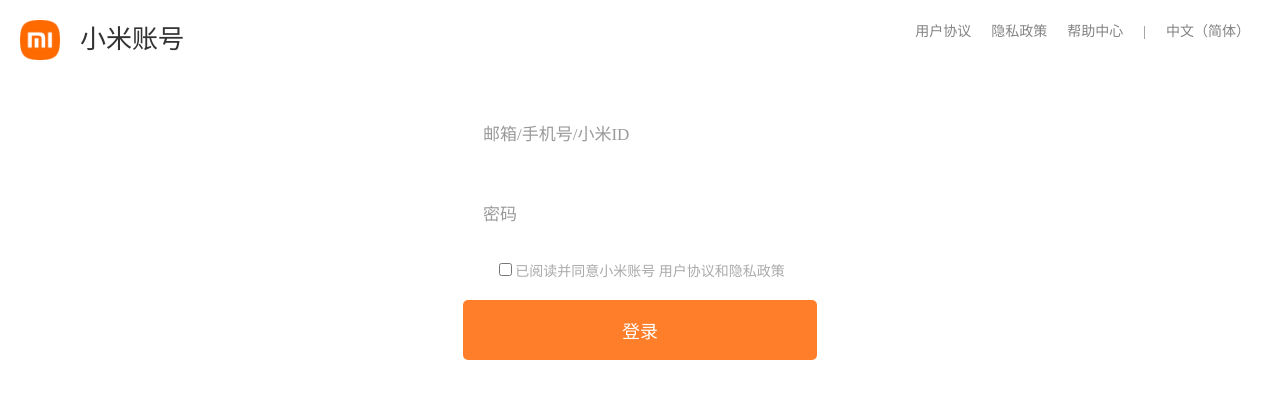
Repository: PLA-31695/Xiaomi
Page: /service/login
An editor plug-in stored every save of this project. The page is shown before and after the next save, followed by the edit.
The browser window is 1280 px wide. The pictures show the whole page.
The project was rebuilt for these pictures with package versions that can differ from the ones it lists, and the page was loaded fresh each time. Also part of the build but not shown: vue.config.js, src/components/Header/my-header.vue, src/views/Home/home.vue.

Above is the page before, as saved 2022-03-27 16:54:00.

### src/main.js
import Vue from 'vue'
import App from './App.vue'
import router from '@/router'
import '@/assets/css/global.css'

Vue.config.productionTip = false

new Vue({
  router,//所有组件都有$route和$router
  render: h => h(App),
}).$mount('#app')

### src/App.vue
<template>
 <div>
    <!-- <MyHeader></MyHeader> -->
  <router-view></router-view>
 </div>
</template>

<script>
import MyHeader from '@/components/Header/my-header'
export default {
  name: 'App',
  components: {
    MyHeader
  }
}
</script>

<style>
#app {
  font-family: Avenir, Helvetica, Arial, sans-serif;
  -webkit-font-smoothing: antialiased;
  -moz-osx-font-smoothing: grayscale;
  text-align: center;
  color: #2c3e50;
  margin-top: 60px;
}
</style>

### src/router/index.js
//配置router
import Vue from 'vue'
import VueRouter from 'vue-router'

Vue.use(VueRouter)


import Home from '@/views/Home/home'
import service from '@/views/Service/service'
import Login from '@/components/Login/login'

export default new VueRouter({
    routes: [
        {
            path: '/home',
            component:Home
        },
        {
            path: '/service',
            component: service,
            children: [
                {
                    path: '/service',
                    redirect:'/service/login'
                },
                {
                    path: 'login',
                    component:Login
                }
            ]
        }
    ],
    mode:'history'

})

### src/assets/css/global.css
html,body,#app{
    height: 100%;
    width:100%;
    margin:0;
    padding:0;
    box-sizing: border-box;
}
.container{
    width: 1226px;
    margin: 0 auto;
}
ul{
    margin-top: 0;
    list-style: none;
}
a{
    color: black;
    text-decoration: none;
}

### src/views/Service/service.vue
<!--  -->
<template>
<div class='service'>
    <div class="service-left">

    </div>
    <div class="service-right">
        <serveHeader/>
        <router-view></router-view>
    </div>
</div>
</template>

<script>
import serveHeader from '@/components/Header/serve-header.vue'
import Login from '@/components/Login/login.vue'
export default {
components: {
    serveHeader,
    Login
},
data() {
return {

};
},
computed: {},
watch: {},
//方法集合
methods: {

},
created() {

},
mounted() {

},
beforeCreate() {}, //生命周期 - 创建之前
beforeMount() {}, //生命周期 - 挂载之前
beforeUpdate() {}, //生命周期 - 更新之前
updated() {}, //生命周期 - 更新之后
beforeDestroy() {}, //生命周期 - 销毁之前
destroyed() {}, //生命周期 - 销毁完成
activated() {}, //如果页面有keep-alive缓存功能，这个函数会触发
}
</script>
<style lang='less' scoped>
//@import url(); 引入公共css类
    service-left{
        background-image: url('../../assets/images/service.jpg');

    }
</style>

### src/components/Login/login.vue
<!--  -->
<template>
  <div class="container">
    <div class="login">
      <form action="">
        <div class="username" id="username">
          <label
            for="username"
            class="float-label"
            :class="{ active: isNameActive }"
            >邮箱/手机号/小米ID</label
          >
          <input type="text" @focus="changeNameStyle" @blur="changeNameStyle" />
        </div>
        <div class="password" id="password">
          <label
            for="password"
            class="float-label"
            :class="{ active: isPasswordActive }"
            >密码</label
          >
          <input
            type="password"
            @focus="changePasswordStyle"
            @blur="changePasswordStyle"
          />
        </div>
        <div class="checkbox">
          <input type="checkbox" />
          <span>已阅读并同意小米账号 用户协议和隐私政策</span>
        </div>
      </form>
      <button type="submit" class="submit">登录</button>
    </div>
  </div>
</template>

<script>
export default {
  components: {},
  data() {
    return {
      isNameActive: false,
      isPasswordActive: false,
    };
  },
  computed: {},
  watch: {},
  //方法集合
  methods: {
    changeNameStyle() {
      this.isNameActive = !this.isNameActive;
    },
    changePasswordStyle() {
      this.isPasswordActive = !this.isPasswordActive;
    },
  },
};
</script>
<style lang='less' scoped>
//@import url(); 引入公共css类
.container {
  padding-top: 20px;
  text-align: center;
  .login {
    margin: 0 auto;
    min-width: 450px;
    .username,
    .password {
      position: relative;
      width: 354px;
      margin: 0 auto;
      input {
        height: 60px;
        min-width: 354px;
        outline: none;
        padding: 30px 20px 10px;
        box-sizing: border-box;
        border: none;
      }
      input:focus {
        outline: 1px solid #ff7e29;
      }
      .float-label {
        position: absolute;
        top: 20px;
        left: 20px;
        font-size: 17px;
        color: rgba(0, 0, 0, 0.4);
        transition: all 0.15s;
      }
      .active {
        top: 6px;
        font-size: 6px;
        color: #aaa;
      }
    }
    .password {
      margin-top: 20px;
    }
    .checkbox {
      margin: 20px 0;
      font-size: 14px;
      color: #aaa;
      input {
        background-color: #ff7e29;
      }
    }
    .submit {
      min-width: 354px;
      height: 60px;
      background-color: #ff7e29;
      border: none;
      font-size: 18px;
      color: white;
      font-weight: 400;
      border-radius: 5px;
    }
  }
}
</style>

### src/components/Header/serve-header.vue
<!--  -->
<template>
  <div class="serve-header">
    <div class="logo-left">
      <img src="@/assets/images/logo-mi2.png" />
      <span>小米账号</span>
    </div>
    <div class="header-right">
      <ul>
        <li><a href="#">用户协议</a></li>
        <li><a href="#">隐私政策</a></li>
        <li><a href="#">帮助中心</a></li>
        <li>中文（简体）</li>
      </ul>

    </div>
  </div>
</template>

<script>
export default {
  components: {},
  data() {
    return {};
  },
  computed: {},
  watch: {},
  //方法集合
  methods: {},
  created() {},
  mounted() {},
  beforeCreate() {}, //生命周期 - 创建之前
  beforeMount() {}, //生命周期 - 挂载之前
  beforeUpdate() {}, //生命周期 - 更新之前
  updated() {}, //生命周期 - 更新之后
  beforeDestroy() {}, //生命周期 - 销毁之前
  destroyed() {}, //生命周期 - 销毁完成
  activated() {}, //如果页面有keep-alive缓存功能，这个函数会触发
};
</script>
<style lang='less' scoped>
//@import url(); 引入公共css类
    .serve-header{
        padding: 20px;
        overflow: hidden;
        .logo-left{
            float: left;
            height: 40px;
            img{
                width: 40px;
                vertical-align: bottom;
            }
            span{
                font-weight: 500;
                font-size: 26px;
                line-height: 40px;
                color: #333;
                margin-left: 20px;

            }

        }
        .header-right{
            float: right;
            ul li{
                float: left;
                margin: 0 10px;
                font-size: 14px;
                color: #838383;
                a{
                  color: #838383;
                }
            }
            ul li:hover,ul li a:hover{
              cursor: pointer;
              color: #ff6900;
            }
            ul li:last-child::before{
              content: "|";
              margin-right: 20px;
            }
        }
    }
</style>

Loaded but not shown: public/index.html (common file)

After the next save:
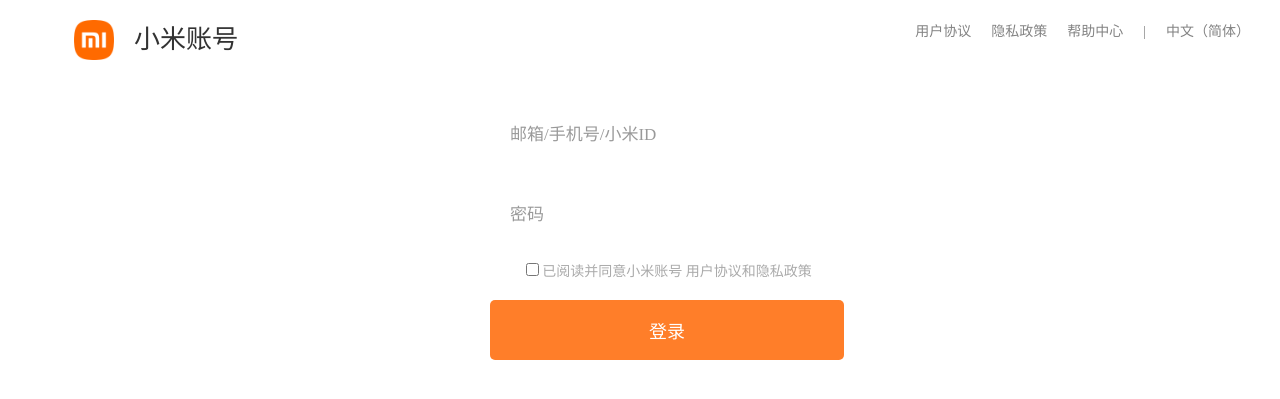
Saved 2 min 28 s later.
--- a/src/views/Service/service.vue
+++ b/src/views/Service/service.vue
@@ -47,8 +47,14 @@
 </script>
 <style lang='less' scoped>
 //@import url(); 引入公共css类
-    service-left{
+.service{
+    display: flex;
+    justify-content: space-between;
+     service-left{
+         width: 30%;
         background-image: url('../../assets/images/service.jpg');
 
     }
+}
+
 </style>
